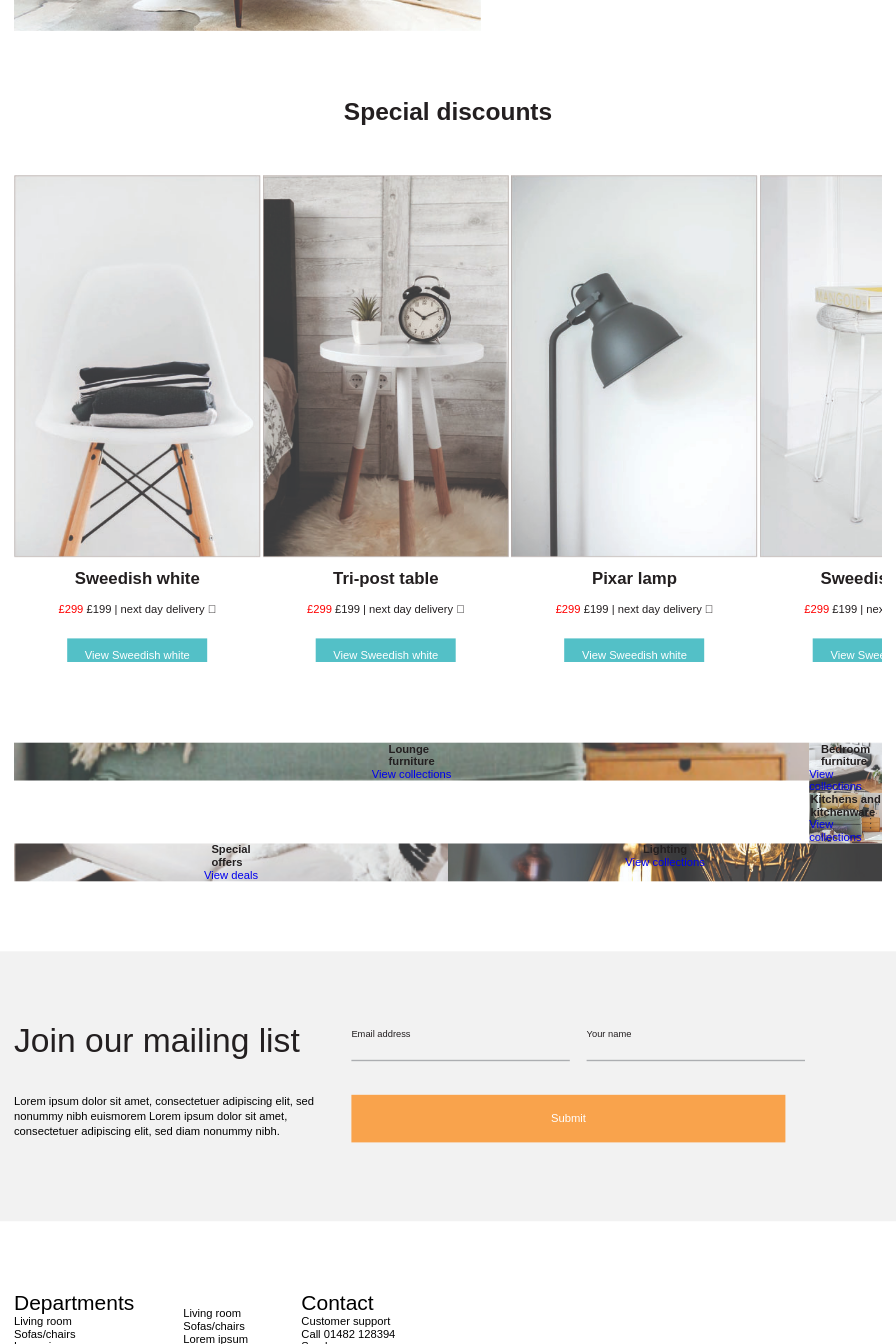
Repository: dinhhaidh/republic-web
Page: index.html
An editor plug-in stored every save of this project. The page is shown before and after the next save, followed by the edit.
The browser window is 1280 px wide. The pictures show the part of the page from y = 1120 to 3040 px (the page is 3462 px tall), at 70% of full size.
Some web fonts or font styles are not loaded; a fallback is used. Some web libraries are served in a nearby version.

Above is the page before, as saved 2024-01-26 08:37:19.

After the next save:
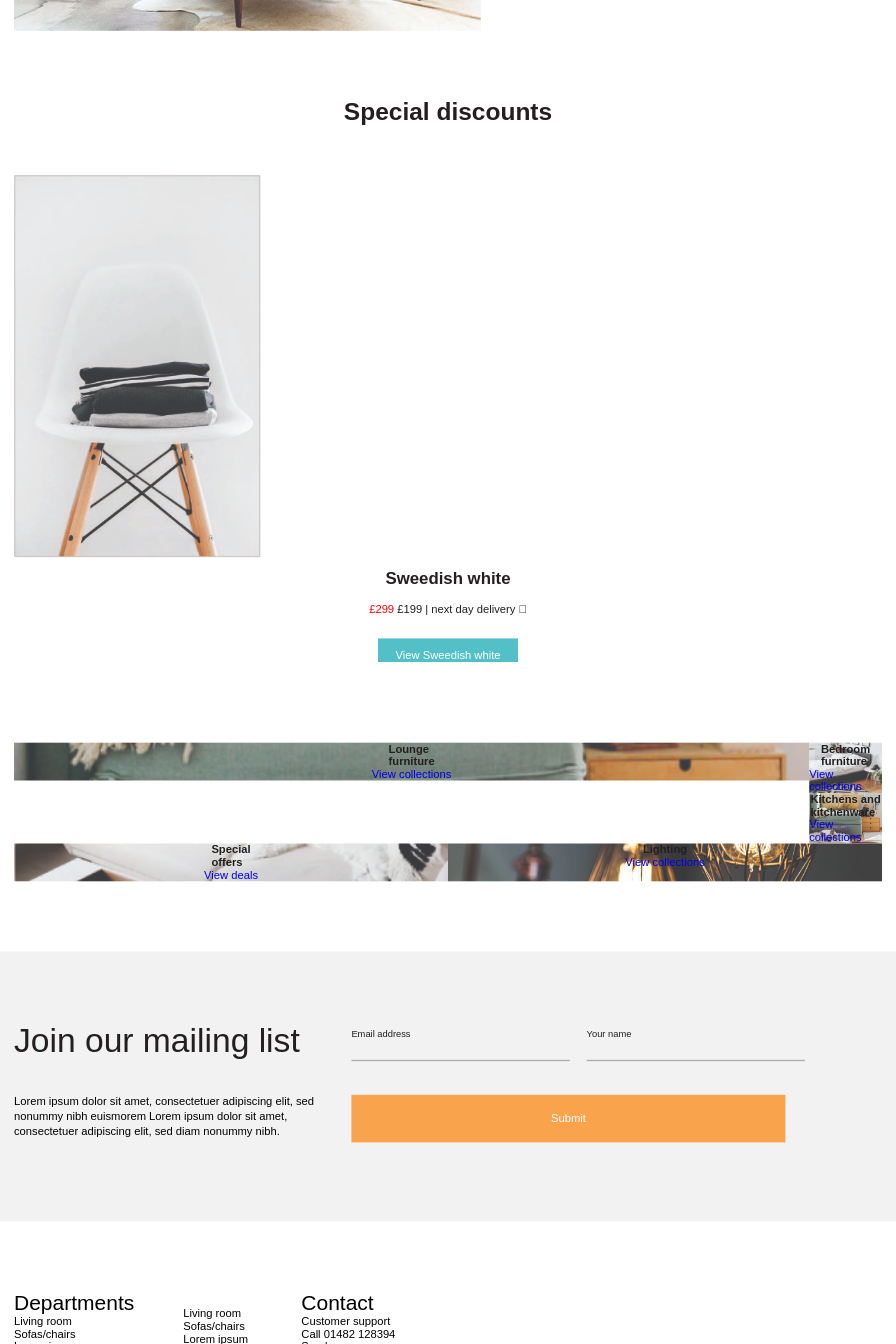
Console error: SyntaxError: Unexpected token ')'
Saved 4 s later.
--- a/js/main.js
+++ b/js/main.js
@@ -22,27 +22,27 @@
     prevEl: ".swiper-button-prev",
   },
   // lích thước resposive
-  // breakpoints: {
-  //   220: {
-  //     slidesPerView: 1,
-  //     spaceBetween: 20,
-  //   },
-  //   450: {
-  //     slidesPerView: 1.5,
-  //     spaceBetween: 20,
-  //   },
-  //   640: {
-  //     slidesPerView: 2,
-  //     spaceBetween: 40,
-  //   },
-  //   820: {
-  //     slidesPerView: 3,
-  //     spaceBetween: 40,
-  //   },
-  //   1240: {
-  //     slidesPerView: 3.5,
-  //     spaceBetween: 20,
-  //   }
+  breakpoints: {
+    220: {
+      slidesPerView: 1,
+      spaceBetween: 20,
+    },
+    450: {
+      slidesPerView: 1.5,
+      spaceBetween: 20,
+    },
+    640: {
+      slidesPerView: 2,
+      spaceBetween: 40,
+    },
+    820: {
+      slidesPerView: 3,
+      spaceBetween: 40,
+    },
+    1240: {
+      slidesPerView: 3.5,
+      spaceBetween: 20,
+    }
 
 
   // breakpoints: {

After the save that followed:
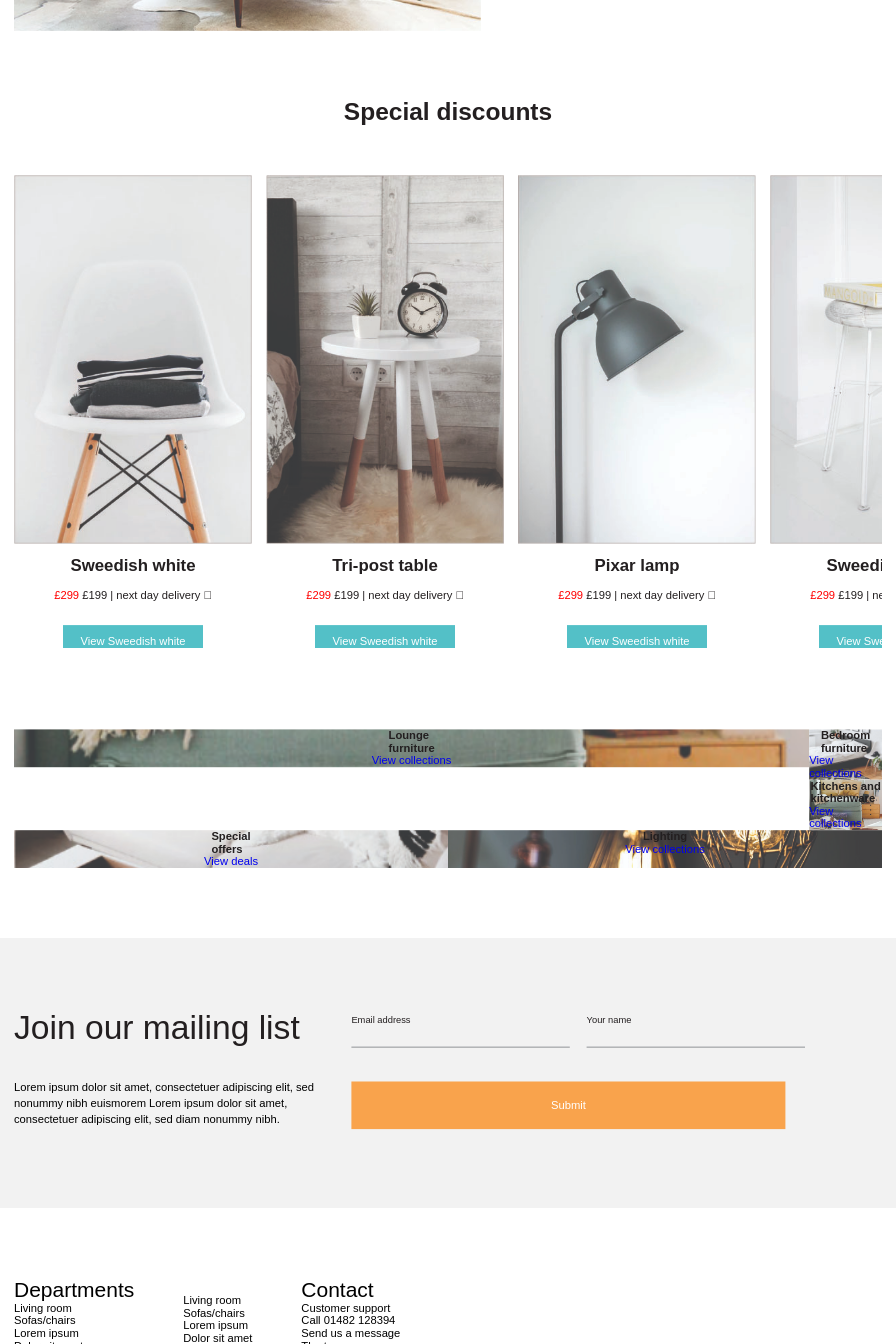
The error is gone.
Saved 21 s later.
--- a/js/main.js
+++ b/js/main.js
@@ -43,7 +43,7 @@
       slidesPerView: 3.5,
       spaceBetween: 20,
     }
-
+  }
 
   // breakpoints: {
   //   "@0.00": {
